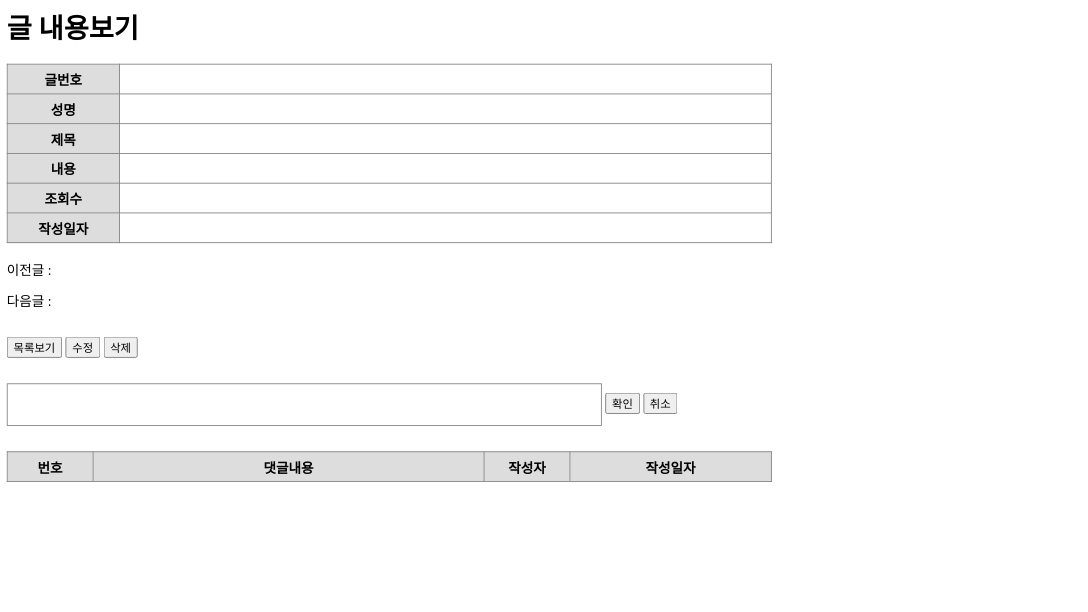
Repository: gold37/Spring
Page: http://localhost/Board/WEB-INF/views/tiles1/board/view.jsp
An editor plug-in stored every save of this project. The page is shown before and after the next save, followed by the edit.
The browser window is 1280 px wide. The pictures show the whole page, at 85% of full size.
The page is served by Tomcat 9. Nobody is signed in. Other server files are loaded and not shown. The template is opened directly, without the code that normally fills it, so the values that code supplies are empty.

Above is the page before, as saved 2020-07-17 06:44:28.
Console error: ReferenceError: $ is not defined

### springworkspace/Board/src/main/webapp/WEB-INF/views/tiles1/board/view.jsp
<%@ page language="java" contentType="text/html; charset=UTF-8"
    pageEncoding="UTF-8"%>

<%@ taglib prefix="c" uri="http://java.sun.com/jsp/jstl/core" %>

<style>

table, th, td, input, textarea {
	border: solid gray 1px;
}

#table, #table2 {
	border-collapse: collapse;
 	width: 900px;
}

#table th, #table td{padding: 5px;}
#table th{width: 120px; background-color: #DDDDDD;}
#table td{width: 750px;}
.long {width: 470px;}
.short {width: 120px;}

.move {cursor: pointer;}
.moveColor {font-weight: bold;}

a {text-decoration: none !important;}


</style>

<script type="text/javascript">

	$(document).ready(function(){

		$(".move").hover(function(){
						$(this).addClass("moveColor");
					},
					function(){
						$(this).removeClass("moveColor");
					});

	});


</script>


<div style="">
	<h1>글 내용보기</h1>

	<table id="table" style="word-wrap: break-word; table-layout: fixted;">
		<tr>
			<th>글번호</th>
			<td>${boardvo.seq}</td>
		</tr>
		<tr>
			<th>성명</th>
			<td>${boardvo.name}</td>
		</tr>
		<tr>
			<th>제목</th>
			<td>${boardvo.subject}</td>
		</tr>
		<tr>
			<th>내용</th>
			<td>
				<p style="word-break: break-all;">${boardvo.content}</p>
				<%--
					style="word-break: break-all; 은 공백없는 긴영문일 경우 width 크기를 뚫고 나오는 것을 막는 것임.
					그런데 style="word-break: break-all; 나 style="word-wrap: break-word; 은
			       	테이블태그의 <td>태그에는 안되고 <p> 나 <div> 태그안에서 적용되어지므로 <td>태그에서 적용하려면
			    	<table>태그속에 style="word-wrap: break-word; table-layout: fixed;" 을 주면 된다.
				--%>
			</td>
		</tr>
		<tr>
			<th>조회수</th>
			<td>${boardvo.readCount}</td>
		</tr>
		<tr>
			<th>작성일자</th>
			<td>${boardvo.regDate}</td>
		</tr>
	</table>

	<br/>

	<div style="margin-bottom: 1%;">이전글&nbsp;:&nbsp;<span class="move" onclick="javascript:location.href='view.action?seq=${boardvo.previousseq}'">${boardvo.previoussubject}</span></div>
	<div style="margin-bottom: 1%;">다음글&nbsp;:&nbsp;<span class="move" onclick="javascript:location.href='view.action?seq=${boardvo.nextseq}'">${boardvo.nextsubject}</span></div>

	<br/>

	<button type="button" onclick="javascript:location.href='list.action'" >목록보기</button>
	<button type="button" onclick="javascript:location.href='edit.action?seq=${boardvo.seq}'" >수정</button>
	<button type="button" onclick="javascript:location.href='delete.action?seq=${boardvo.seq}'" >삭제</button>


	<div style="margin-top: 30px;">
		<input type="text" style="width:700px; height: 50px;" >
		<button>확인</button>
		<button>취소</button>
	</div>

	<table id="table" style="margin-top: 30px;">
		<tr>
			<th style="width: 70px;  text-align: center;">번호</th>
			<th style="width: 360px; text-align: center;">댓글내용</th>
			<th style="width: 70px;  text-align: center;">작성자</th>
			<th style="width: 180px; text-align: center;">작성일자</th>
		</tr>
		<c:forEach var="boardvo" items="${boardList}" varStatus="status">
			<tr>
				<td align="center">${boardvo.seq}</td>
				<td align="left">
					<span class="subject" onclick="goView('${boardvo.seq}')">${boardvo.subject}</span>
				</td>
				<td align="center">${boardvo.content}</td>
				<td align="center">${boardvo.name}</td>
				<td align="center">${boardvo.regDate}</td>
		</c:forEach>
	</table>

</div>

After the next save:
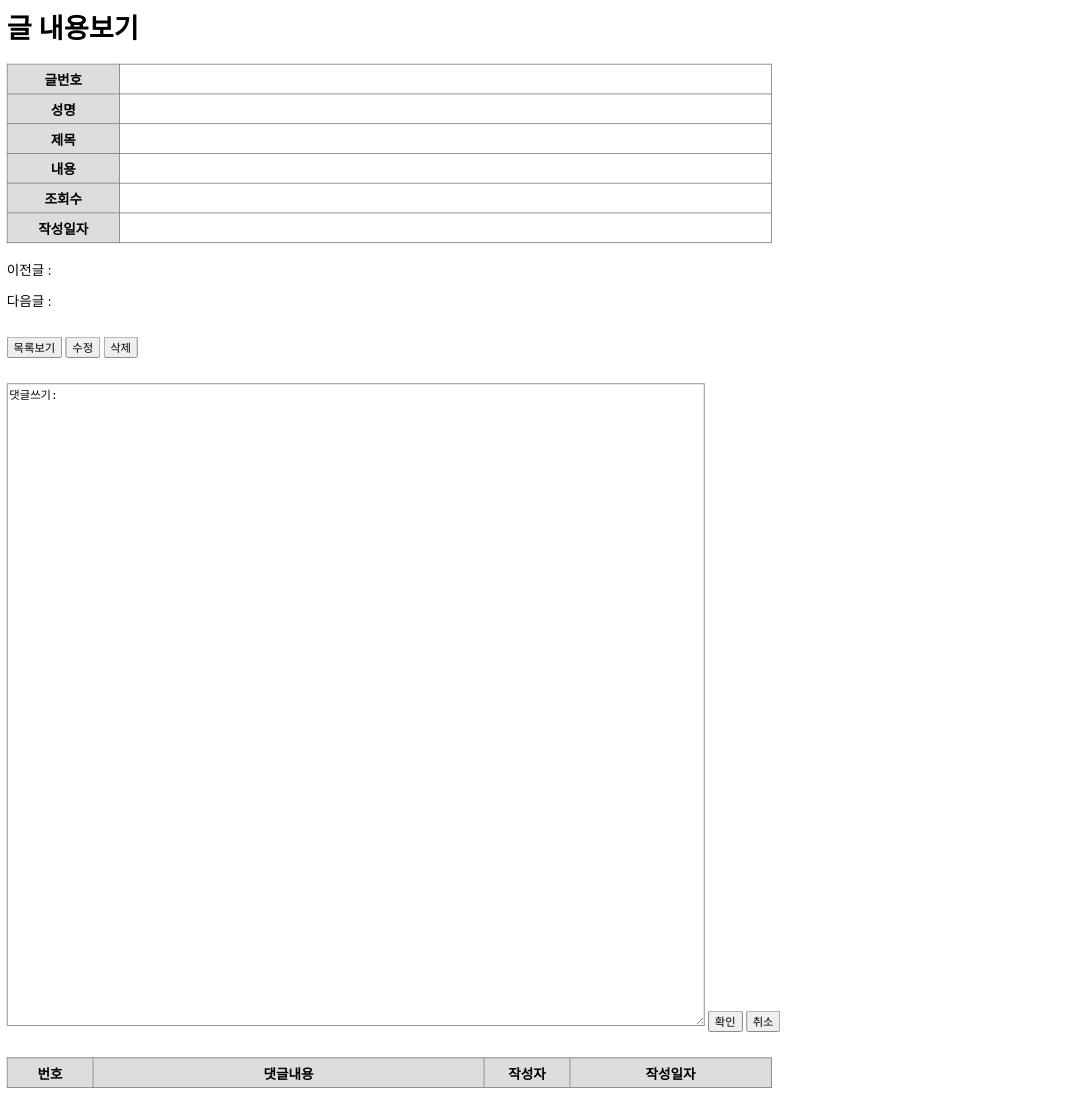
Saved 56 s later.
--- a/springworkspace/Board/src/main/webapp/WEB-INF/views/tiles1/board/view.jsp
+++ b/springworkspace/Board/src/main/webapp/WEB-INF/views/tiles1/board/view.jsp
@@ -96,7 +96,7 @@ a {text-decoration: none !important;}
 
 
 	<div style="margin-top: 30px;">
-		<input type="text" style="width:700px; height: 50px;" >
+		<textarea rows="50" cols="100">댓글쓰기:</textarea>
 		<button>확인</button>
 		<button>취소</button>
 	</div>
